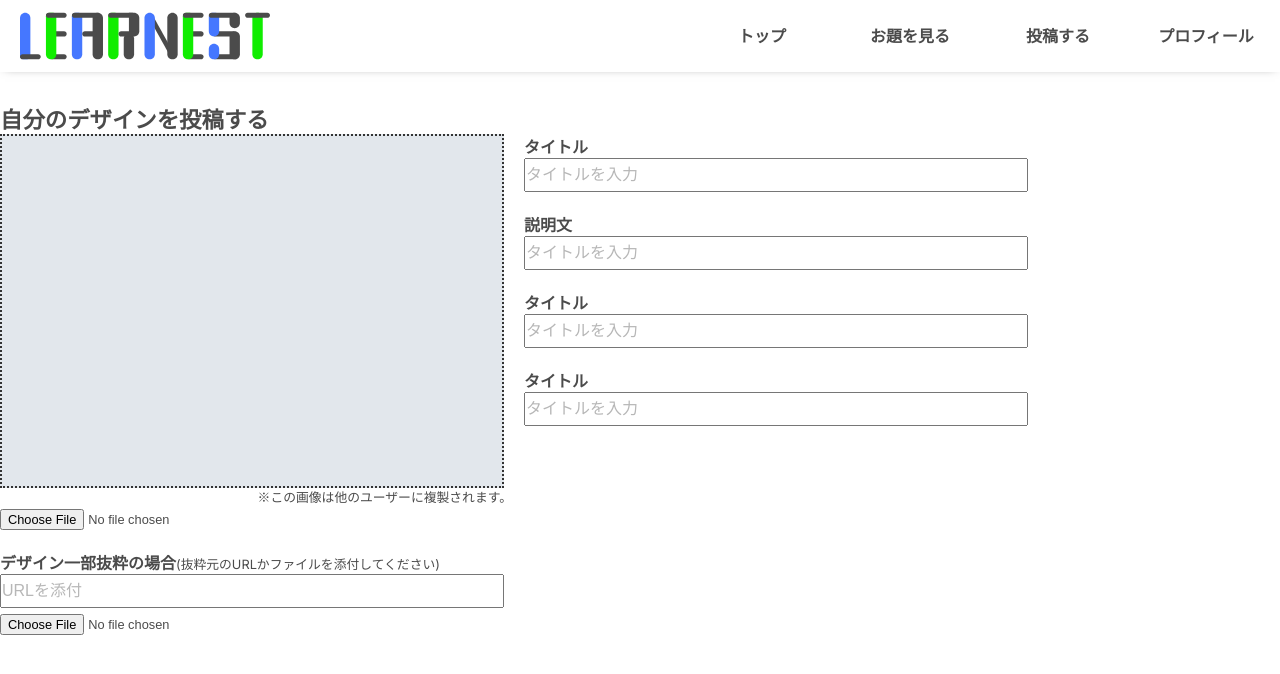
Repository: KawakamiAyaka/Learnest
Page: /inputPost
An editor plug-in stored every save of this project. The page is shown before and after the next save, followed by the edit.
The browser window is 1280 px wide. The pictures show the whole page.
The project was rebuilt for these pictures with package versions that can differ from the ones it lists, and the page was loaded fresh each time. The framework's server and built-in components were replaced by stand-ins that run in the browser. Also part of the build but not shown: next.config.mjs.

Above is the page before, as saved 2024-07-12 11:15:19.

### src/app/layout.tsx
import type { Metadata } from "next";
import { Inter } from "next/font/google";
import "./globals.css";
import Header from "@/Components/Header/Header";


const inter = Inter({ subsets: ["latin"] });

export const metadata: Metadata = {
  title: "learnest",
  description: "Generated by create next app",
};

export default function RootLayout({
  children,
}: Readonly<{
  children: React.ReactNode;
}>) {
  return (
    <html lang="ja">
      <body className={inter.className}>
        < Header/>
        {children}
      </body>
    </html>
  );
}

### src/app/inputPost/page.tsx
import style from "@/app/inputPost/inputPost.module.scss"

export default function inputPost() {
    return (
        <>
            <main className={style.input}>
                <h2 className={style.Title}>自分のデザインを投稿する</h2>
                <div className={style.inputWrap}>
                    <div>
                        <div className={style.inputFile}>
                            <p className={style.Notes}>※この画像は他のユーザーに複製されます。</p>
                        </div>
                        <input className={style.selectFile}type="file" />
                        <div className={style.ExcerptWrap}>
                            <h3>デザイン一部抜粋の場合<span>(抜粋元のURLかファイルを添付してください)</span></h3>
                            <input className={style.inputUrl} type="url" placeholder="URLを添付"/>
                        </div>
                            <input className={style.selectFile} type="file" />
                    </div>
                    <div>
                        <div>
                            <h3>タイトル</h3>
                            <input className={style.inputTitle} type="text" placeholder="タイトルを入力"/>
                        </div>
                        <div className={style.inputStyle}>
                            <h3>説明文</h3>
                            <input className={style.inputTitle} type="text" placeholder="タイトルを入力"/>
                        </div>
                            <h3>タイトル</h3>
                            <input className={style.inputTitle} type="text" placeholder="タイトルを入力"/>
                            <h3>タイトル</h3>
                            <input className={style.inputTitle} type="text" placeholder="タイトルを入力"/>
                    </div>
                </div>
            </main>
        </>
    )
}

### src/app/globals.css
*{
  margin: 0;
  padding: 0;
  font-size: 16px;
  user-select: none;
  color: #4B4B4B;
  text-decoration: none;
}

### src/Components/Header/Header.tsx
// 'use client';
import Image from 'next/image'
import style from "@/Components/Header/Header.module.scss"
import Link from 'next/link';

export default function Header(){
    return(
        <>
            <header style={{
                        background:'white',
                        boxShadow:'0px 0px 10px -5px #777777',
                        width:'100%',
                        height:'10vh',
                        position:'fixed',
                        zIndex:'1000',
                        top:'0',
                        display:'flex',
                        alignItems:'center',
                        justifyContent:'space-between'
                    }}>
                <Image
                style={{marginLeft:'20px'}}
                src="LearnestLogo.svg"
                width={250}
                height={96}
                alt="larnestのロゴ"
                />
                <nav>
                    <ul style={{
                            display:'flex',
                            listStyleType:'none'
                        }}>
                        <li style={{
                                margin:'0 10px',
                                width:'8rem',
                                height:'2.5rem',
                                textAlign:'center',
                                lineHeight:'2.5rem'
                            }}>
                            <Link href="/"
                                style={{
                                    position:'relative',
                                    textDecoration:'none',
                                    fontWeight:'bold'
                                }}
                                className={style.Link}>トップ</Link>
                        </li>
                        <li style={{
                                margin:'0 10px',
                                width:'8rem',
                                height:'2.5rem',
                                textAlign:'center',
                                lineHeight:'2.5rem'
                            }}>
                            <Link href="/themaPost"
                                style={{
                                    position:'relative',
                                    textDecoration:'none',
                                    fontWeight:'bold'
                                }}
                                className={style.Link}>お題を見る</Link>
                        </li>
                        <li style={{
                                margin:'0 10px',
                                width:'8rem',
                                height:'2.5rem',
                                textAlign:'center',
                                lineHeight:'2.5rem'
                            }}>
                            <Link href="/inputPost"
                                style={{
                                    position:'relative',
                                    textDecoration:'none',
                                    fontWeight:'bold'
                                }}
                                className={style.Link}>投稿する</Link>
                        </li>
                        <li style={{
                                margin:'0 10px',
                                width:'8rem',
                                height:'2.5rem',
                                textAlign:'center',
                                lineHeight:'2.5rem'
                            }}>
                            <Link href="/profile"
                                style={{
                                    position:'relative',
                                    textDecoration:'none',
                                    fontWeight:'bold'
                                }}
                                className={style.Link}>プロフィール</Link>
                        </li>
                    </ul>
                </nav>
            </header>
        </>
    )
}

### src/app/inputPost/inputPost.module.scss
.input{
    margin-top: 8%;

    .Title{
        font-size: 1.4rem;
    }

    .inputWrap{
        display: flex;
        gap: 20px;

        .inputFile{
            background: #E2E7EC;
            width: 500px;
            height: 350px;
            border: dotted 2px #333;
            position: relative;
            margin-bottom: 20px;

            .Notes{
                position: absolute;
                bottom: -20px;
                right: -10px;
                font-size: 0.8rem;
            }
        }

        .selectFile{
            font-size: 0.8rem;
        }

        .ExcerptWrap{
            margin: 20px 0 5px 0;
            h3{
                span{
                    font-size: 0.8rem;
                    font-weight: normal;
                }
            }
            .inputUrl{
                width: 500px;
                height: 30px;
            }
            .inputUrl::placeholder {
                color: rgb(183, 183, 183); /* 薄いグレー色に設定 */
            }

            .inputUrl:focus::placeholder {
                color: transparent; /* フォーカス時には透明に設定 */
            }
        }
    }

    .inputTitle{
        width: 500px;
        height: 30px;
        margin-bottom: 20px;
    }
    .inputTitle::placeholder {
        color: rgb(183, 183, 183); /* 薄いグレー色に設定 */
    }

    .inputTitle:focus::placeholder {
        color: transparent; /* フォーカス時には透明に設定 */
    }

    .explanation{
        width: 500px;
        height: 100px;
        margin-bottom: 20px;
    }
    .explanation::placeholder {
        color: rgb(183, 183, 183); /* 薄いグレー色に設定 */
    }

    .explanation:focus::placeholder {
        color: transparent; /* フォーカス時には透明に設定 */
    }

}

### src/Components/Header/Header.module.scss

.Link{
    &::after{
        position: absolute;
        bottom: -5px;
        left: 0;
        content: "";
        width: 100%;
        height: 3px;
        background: #6084E7;
        // border-radius: 50vh;
        transform: scaleX(0);
        transform-origin: center top;
        transition: transform 0.3s;
    }

    &:hover::after{
        transform: scaleX(1);
        transform-origin: center top;
    }
}

After the next save:
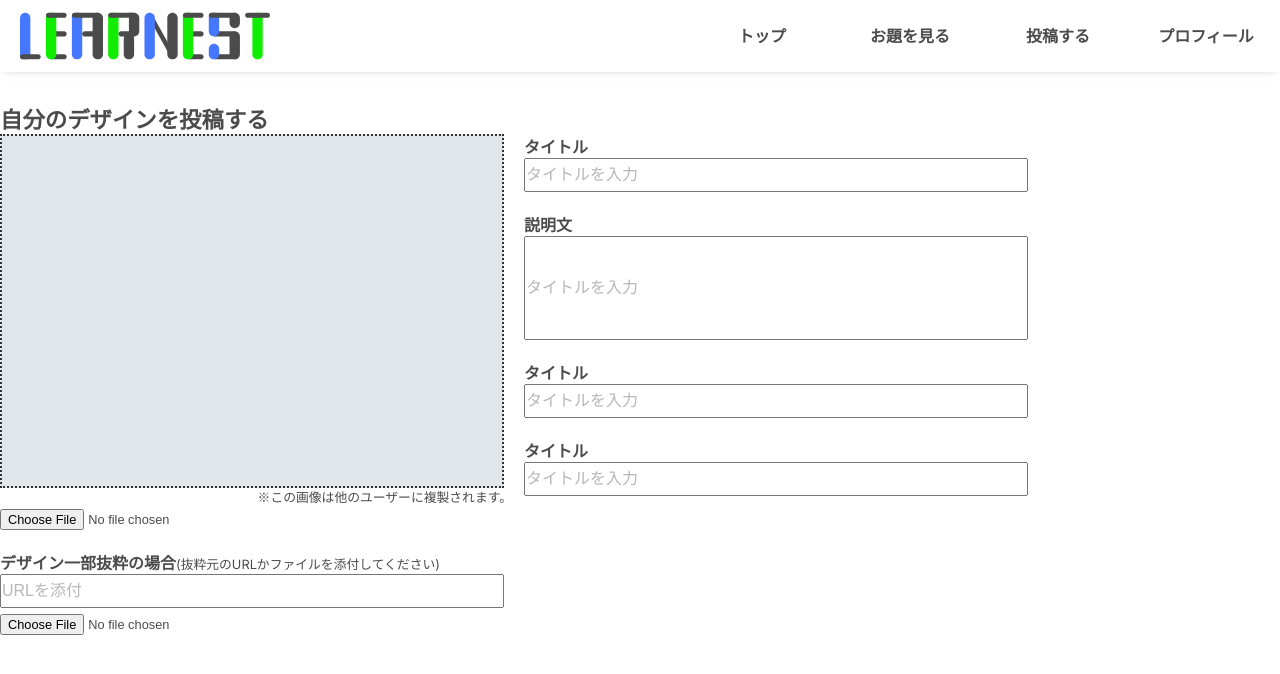
Saved 7 s later.
--- a/src/app/inputPost/page.tsx
+++ b/src/app/inputPost/page.tsx
@@ -22,9 +22,9 @@
                             <h3>タイトル</h3>
                             <input className={style.inputTitle} type="text" placeholder="タイトルを入力"/>
                         </div>
-                        <div className={style.inputStyle}>
+                        <div>
                             <h3>説明文</h3>
-                            <input className={style.inputTitle} type="text" placeholder="タイトルを入力"/>
+                            <input className={style.explanation} type="text" placeholder="タイトルを入力"/>
                         </div>
                             <h3>タイトル</h3>
                             <input className={style.inputTitle} type="text" placeholder="タイトルを入力"/>
